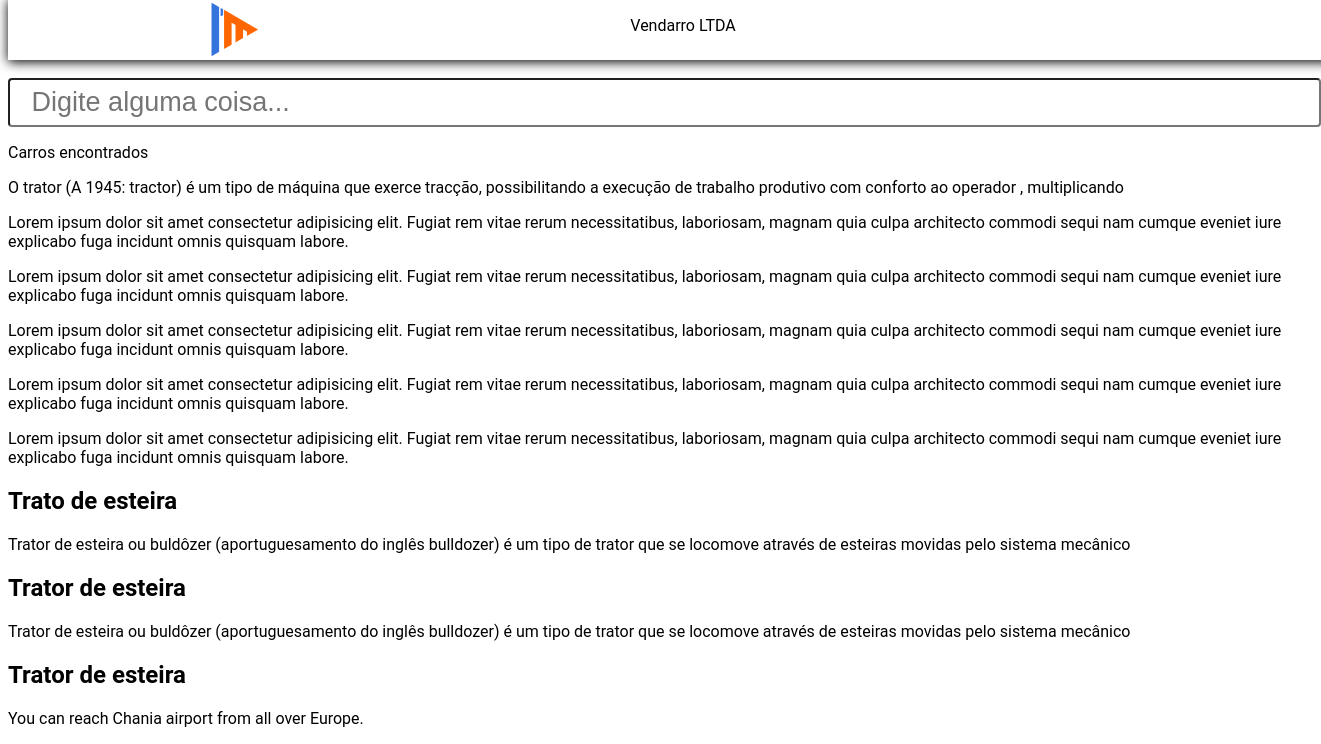
Repository: ecrseer/pesquisa-carros-html
Page: index.html
The author's editor kept a copy of each file at every save. The page is drawn from the files as they stood at one save, then again after a run of saves.
The browser window is 1280 px wide. The page is 1321 px wide, so the pictures cover 1321 px, including what lies to the right of the window. The pictures show the whole page.

Above is the page before, as saved 2022-01-21 17:03:29.

After the next 2 saves:
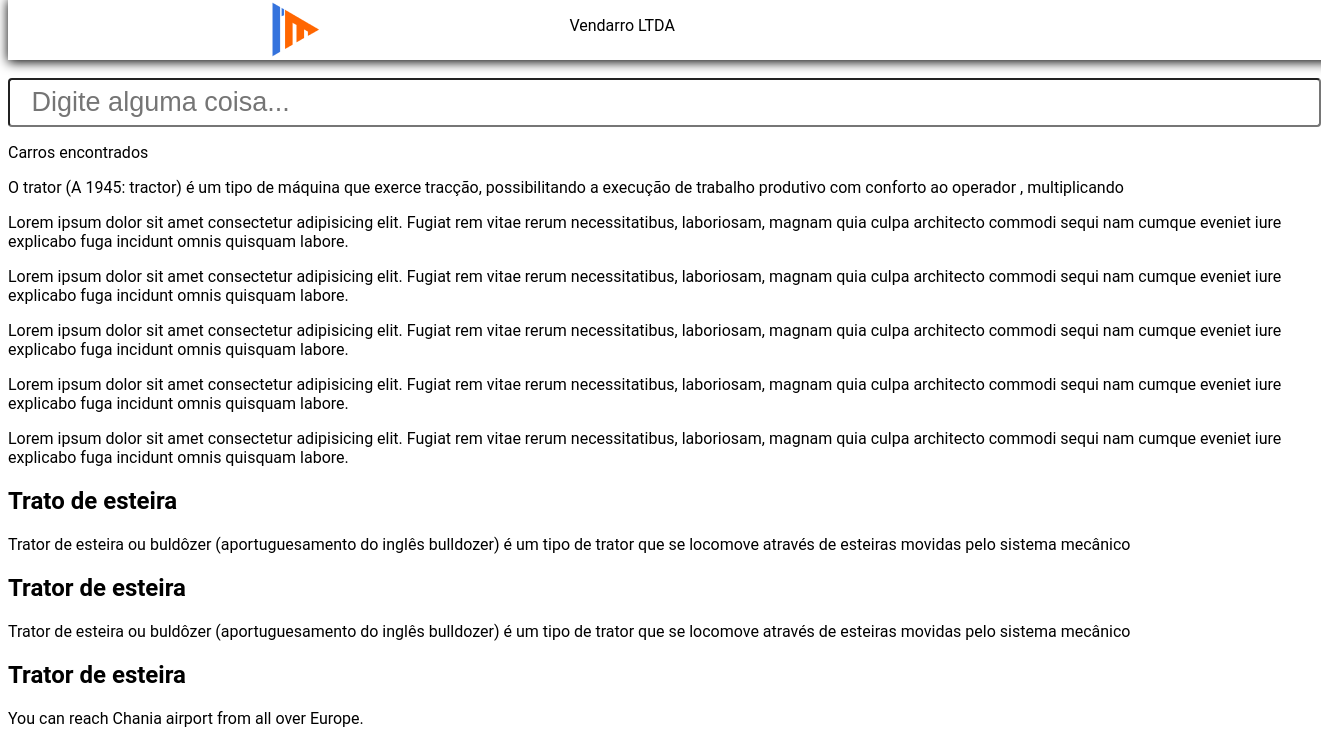
The 2 saves are shown as one change because they came seconds apart.
The last was saved 9 s later.
--- a/index.css
+++ b/index.css
@@ -36,5 +36,5 @@
   }
   .flex{
     display: flex;
-    justify-content: space-around;
+    justify-content: space-evenly;
   }
